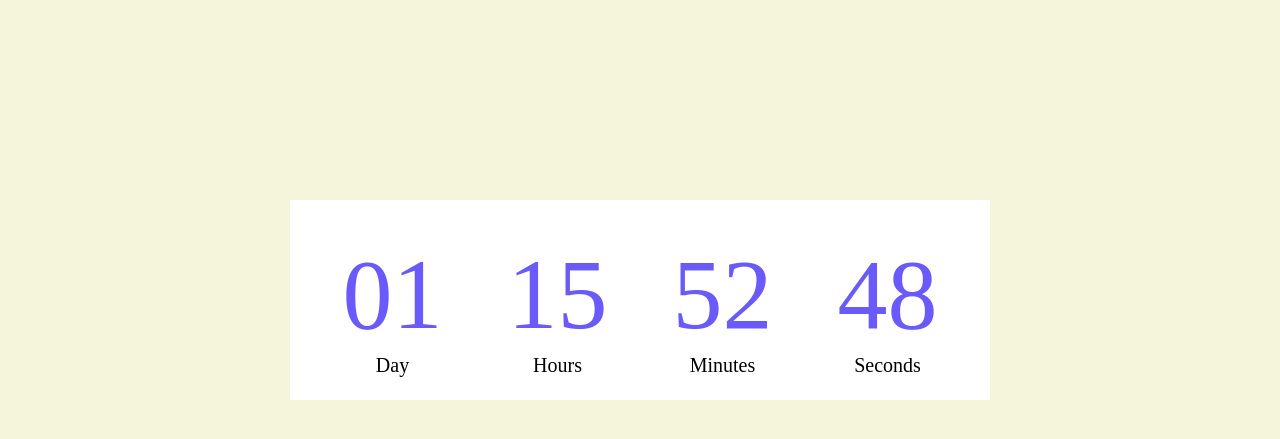
Repository: tienbkvn0605/counddown-demo
Page: index.html
An editor plug-in stored every save of this project. The page is shown before and after the next save, followed by the edit.
The browser window is 1280 px wide. The pictures show the whole page.

Above is the page before, as saved 2022-10-05 00:18:29.

### index.html
<!DOCTYPE html>
<html lang="en">
  <head>
    <meta charset="UTF-8" />
    <meta http-equiv="X-UA-Compatible" content="IE=edge" />
    <meta name="viewport" content="width=device-width, initial-scale=1.0" />
    <link rel="stylesheet" href="resetcss.css" />
    <link rel="stylesheet" href="style.css" />
    <title>Document</title>
  </head>
  <body>
    <ul class="countdown">
      <li>
        <span class="number days">0</span>
        <span class="text">Day</span>
      </li>
      <li>
        <span class="number hours">0</span>
        <span class="text">Hours</span>
      </li>
      <li>
        <span class="number minutes">0</span>
        <span class="text">Minutes</span>
      </li>
      <li>
        <span class="number seconds">0</span>
        <span class="text">Seconds</span>
      </li>
    </ul>
  </body>
  <script src="app.js"></script>
</html>

### resetcss.css
*,
*::before,
*::after {
  box-sizing: border-box;
}
* {
  margin: 0;
  padding: 0;
  font: inherit;
}
body {
  line-height: 1.5;
}
img,
picture,
video,
canvas,
svg {
  display: block;
  max-width: 100%;
}
input,
button,
textarea,
select {
  outline: none;
}
p,
h1,
h2,
h3,
h4,
h5,
h6 {
  overflow-wrap: break-word;
}

### style.css
body {
  background-color: beige;
}
ul {
  list-style: none;
}
.countdown {
  width: 700px;
  height: 200px;
  margin: 200px auto;
  background-color: white;
  display: grid;
  grid-template-columns: repeat(4, 1fr);
  padding: 20px;
}
.countdown li {
  display: flex;
  align-items: center;
  flex-direction: column;
}
.number {
  font-size: 100px;
  color: #6a5af9;
  margin-bottom: -20px;
}
.text {
  font-size: 20px;
}

### app.js
window.addEventListener("load", function () {
  const daysTimer = document.querySelector(".days");
  const hoursTimer = document.querySelector(".hours");
  const minutesTimer = document.querySelector(".minutes");
  const secondsTimer = document.querySelector(".seconds");

  //Tue Oct 06 2022 23:33:35 GMT+0900 (Japan Standard Time)

  function countDown(date) {
    const endDate = new Date(date).getTime();
    const currentDate = new Date().getTime();
    if (isNaN(endDate) || endDate - currentDate <= 0) return;
    setInterval(function () {
      let day, hour, minute, second;
      const now = new Date();
      const startDate = now.getTime();
      let timeRemaning = parseInt((endDate - startDate) / 1000); //miliseconds to seconds
      if (timeRemaning > 0) {
        // 1 day = 24 * 60 * 60 = 86400 seconds
        day = parseInt(timeRemaning / 86400);
        timeRemaning = timeRemaning % 86400;
        //1 hour = 60 * 60
        hour = parseInt(timeRemaning / 3600);
        timeRemaning = timeRemaning % 3600;
        minute = parseInt(timeRemaning / 60);
        timeRemaning = timeRemaning % 60;
        second = parseInt(timeRemaning);
        daysTimer.textContent = `0${day}`.slice(-2);
        hoursTimer.textContent = `0${hour}`.slice(-2);
        minutesTimer.textContent = `0${minute}`.slice(-2);
        secondsTimer.textContent = `0${second}`.slice(-2);
      } else {
        return;
      }
    }, 1000);
  }
  //   setInterval(function () {
  countDown("Wed Oct 07 2022 00:08:58 GMT+0900 (Japan Standard Time)");
  //   }, 1000);
});

After the next save:
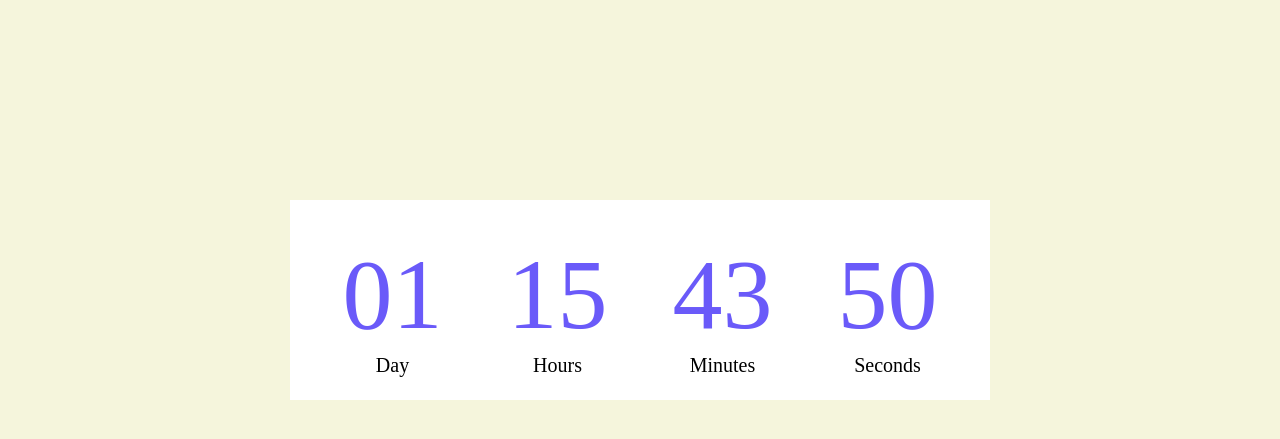
Saved 13 s later.
--- a/app.js
+++ b/app.js
@@ -35,6 +35,6 @@ window.addEventListener("load", function () {
     }, 1000);
   }
   //   setInterval(function () {
-  countDown("Wed Oct 07 2022 00:08:58 GMT+0900 (Japan Standard Time)");
+  countDown("Wed Oct 07 2022 00:00:00 GMT+0900 (Japan Standard Time)");
   //   }, 1000);
 });
